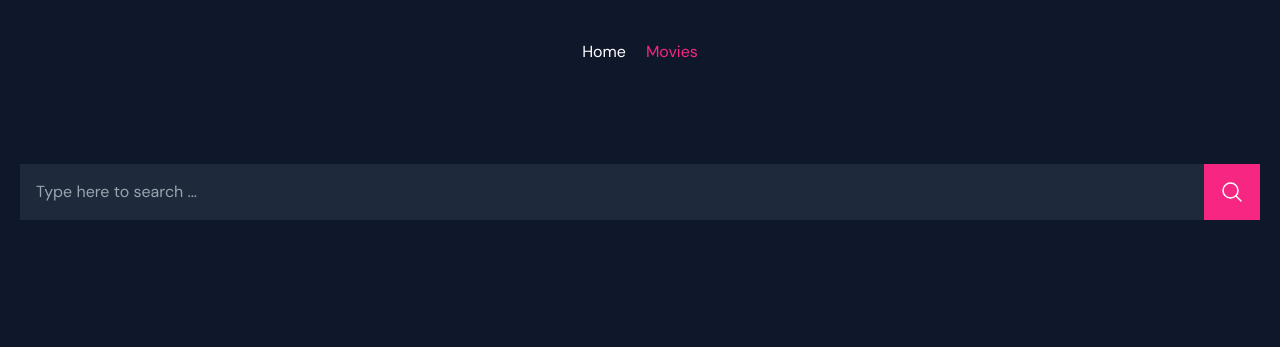
Repository: thanhdinh01/simple-movie
Page: /movies
An editor plug-in stored every save of this project. The page is shown before and after the next save, followed by the edit.
The browser window is 1280 px wide. The pictures show the whole page.
The page's requests for data from a server got no answer. The project was rebuilt for these pictures with package versions that can differ from the ones it lists, and the page was loaded fresh each time. No one was signed in, and anything a server would have sent is missing. Also part of the build but not shown: src/components/banner/Banner.js.

Above is the page before, as saved 2023-03-09 11:33:47.

### public/index.html
<!DOCTYPE html>
<html lang="en">
  <head>
    <meta charset="utf-8" />
    <link rel="icon" href="%PUBLIC_URL%/favicon.ico" />
    <meta name="viewport" content="width=device-width, initial-scale=1" />
    <meta name="theme-color" content="#000000" />
    <meta
      name="description"
      content="Web site created using create-react-app"
    />
    <link rel="apple-touch-icon" href="%PUBLIC_URL%/logo192.png" />
    <!--
      manifest.json provides metadata used when your web app is installed on a
      user's mobile device or desktop. See https://developers.google.com/web/fundamentals/web-app-manifest/
    -->
    <link rel="manifest" href="%PUBLIC_URL%/manifest.json" />
    <link rel="preconnect" href="https://fonts.googleapis.com" />
    <link rel="preconnect" href="https://fonts.gstatic.com" crossorigin />
    <link
      href="https://fonts.googleapis.com/css2?family=DM+Sans:wght@400;500;700&display=swap"
      rel="stylesheet"
    />
    <!--
      Notice the use of %PUBLIC_URL% in the tags above.
      It will be replaced with the URL of the `public` folder during the build.
      Only files inside the `public` folder can be referenced from the HTML.

      Unlike "/favicon.ico" or "favicon.ico", "%PUBLIC_URL%/favicon.ico" will
      work correctly both with client-side routing and a non-root public URL.
      Learn how to configure a non-root public URL by running `npm run build`.
    -->
    <title>React App</title>
  </head>
  <body>
    <noscript>You need to enable JavaScript to run this app.</noscript>
    <div id="root"></div>
    <!--
      This HTML file is a template.
      If you open it directly in the browser, you will see an empty page.

      You can add webfonts, meta tags, or analytics to this file.
      The build step will place the bundled scripts into the <body> tag.

      To begin the development, run `npm start` or `yarn start`.
      To create a production bundle, use `npm run build` or `yarn build`.
    -->
  </body>
</html>

### src/index.scss
@tailwind base;
@tailwind components;
@tailwind utilities;

@layer base {
  body {
    @apply bg-slate-900 font-thanh px-5 text-white;
  }
}

@layer components {
  .page-container {
    max-width: 1280px;
    @apply mx-auto;
  }

  .movie-list .swiper-slide {
    width: 300px;
    height: auto;
  }

  .banner .swiper {
    height: 100%;
  }

  .pagination {
    display: flex;
    justify-content: center;
    align-items: center;
    gap: 20px;
    .selected {
      @apply text-primary;
    }
  }

  .skeleton {
    cursor: progress;
    background: linear-gradient(0.25turn, transparent, #fff, transparent),
      linear-gradient(#eee, #eee),
      radial-gradient(38px circle at 19px 19px, #eee 50%, transparent 51%),
      linear-gradient(#eee, #eee);
    background-repeat: no-repeat;
    background-position: -315px 0, 0 0, 0px 190px, 50px 195px;
    animation: loading 1.5s infinite;
  }
  @keyframes loading {
    to {
      background-position: 315px 0, 0 0, 0 190px, 50px 195px;
    }
  }
}

### src/App.js
import { Fragment, React, lazy, Suspense } from "react";
import "swiper/scss";
import Banner from "./components/banner/Banner";
import { Route, Routes } from "react-router-dom";
import Main from "./components/layout/Main";
// import HomePage from "./pages/HomePage";
// import MoviePage from "./pages/MoviePage";
// import MovieDetailPage from "./pages/MovieDetailPage";
const HomePage = lazy(() => import("./pages/HomePage"));
const MoviePage = lazy(() => import("./pages/MoviePage"));
const MovieDetailPage = lazy(() => import("./pages/MovieDetailPage"));

function App() {
  return (
    <Fragment>
      <Suspense fallback={<div>Loading...</div>}>
        <Routes>
          <Route element={<Main></Main>}>
            <Route
              path="/"
              element={
                <>
                  <Banner></Banner>
                  <HomePage></HomePage>
                </>
              }
            ></Route>
            <Route path="/movies" element={<MoviePage></MoviePage>}></Route>
            <Route
              path="/movie/:movieId"
              element={<MovieDetailPage></MovieDetailPage>}
            ></Route>
          </Route>
        </Routes>
      </Suspense>
    </Fragment>
  );
}

export default App;

### src/components/layout/Main.js
import React, { Fragment } from "react";
import { Outlet } from "react-router";
import Header from "./Header";

const Main = () => {
  return (
    <Fragment>
      <Header></Header>
      <Outlet></Outlet>
    </Fragment>
  );
};

export default Main;

### src/pages/MoviePage.js
import React, { useEffect, useState } from "react";
import { fetcher, tmdbBase } from "../config";
import useSWR from "swr";
import MovieCard, { SkeletonLoading } from "../components/movie/MovieCard";
import useDebounce from "../hooks/useDebounce";
import ReactPaginate from "react-paginate";
import { v4 as uuidV4 } from "uuid";

const itemsPerPage = 20;

const MoviePage = () => {
  const [filter, setFilter] = useState("");
  const [nextPage, setNextPage] = useState(1);
  const [url, setUrl] = useState(tmdbBase.apiMovieList("popular"));
  let debounceValue = useDebounce(filter, 500);

  const { data, error } = useSWR(url, fetcher);

  useEffect(() => {
    if (debounceValue) {
      setUrl(
        `https://api.themoviedb.org/3/search/movie?api_key=3ebac7519711ebbec5fcfb8abd2d5d99&query=${debounceValue}&page=${nextPage}`
      );
    } else {
      setUrl(tmdbBase.apiMovieList("popular", nextPage));
    }
  }, [debounceValue, nextPage]);

  const [valueInput, setValueInput] = useState("");
  const handleChangeSearch = (e) => {
    console.log("value:", e.target.value);
    // setFilter(e.target.value);
    setValueInput(e.target.value);
  };

  const handleClickSearch = (e) => {
    e.preventDefault();
    console.log("click:", valueInput);
    setFilter(valueInput);
  };

  const loading = !data && !error;

  const movies = data?.results || [];
  // if (!data) return null;

  // Paginate: thành phần chính: pageCount(tổng số pages), handlePageClick để chuyển tương tác nextPage.
  const [itemOffset, setItemOffset] = useState(0); // itemOffset chưa thấy tác dụng nhiều lắm
  const [pageCount, setPageCount] = useState(0);
  useEffect(() => {
    if (!data || !data.total_pages) return;
    // const endOffset = itemOffset + itemsPerPage;
    // console.log(`Loading items from ${itemOffset} to ${endOffset}`);
    // const currentItems = total_pages.slice(itemOffset, endOffset);
    setPageCount(Math.ceil(data.total_results / itemsPerPage));
  }, [itemOffset, data]);

  // Invoke when user click to request another page.
  const handlePageClick = (event) => {
    const newOffset = (event.selected * itemsPerPage) % data.total_results;
    setNextPage(event.selected + 1);
    console.log("newOffset", newOffset);
    setItemOffset(newOffset);
  };

  return (
    <div className="page-container py-10">
      <form className="flex mb-10">
        <div className="flex-1">
          <input
            type="text"
            placeholder="Type here to search ..."
            className="w-full outline-none bg-slate-800 p-4 text-white"
            onChange={handleChangeSearch}
          />
        </div>
        <button
          type="submit"
          className="p-4 bg-primary text-white"
          onClick={handleClickSearch}
        >
          <svg
            xmlns="http://www.w3.org/2000/svg"
            fill="none"
            viewBox="0 0 24 24"
            strokeWidth="1.5"
            stroke="currentColor"
            className="w-6 h-6"
          >
            <path
              strokeLinecap="round"
              strokeLinejoin="round"
              d="M21 21l-5.197-5.197m0 0A7.5 7.5 0 105.196 5.196a7.5 7.5 0 0010.607 10.607z"
            />
          </svg>
        </button>
      </form>
      {loading && (
        <>
          <div className="flex justify-center items-center mx-auto h-10 w-10 rounded-full border-8 border-primary border-t-transparent animate-spin"></div>
          <div className="grid grid-cols-4 gap-10 text-white mt-10">
            {new Array(itemsPerPage).fill(0).map((item) => (
              <SkeletonLoading key={uuidV4()}></SkeletonLoading>
            ))}
          </div>
        </>
      )}
      {!loading && (
        <div className="grid grid-cols-4 gap-10 text-white mt-10">
          {movies?.length > 0 &&
            movies.map((item) => (
              <MovieCard key={item.id} item={item}></MovieCard>
            ))}
        </div>
      )}
      <div className="py-10">
        <ReactPaginate
          breakLabel="..."
          nextLabel="next >"
          onPageChange={handlePageClick}
          pageRangeDisplayed={5}
          pageCount={pageCount}
          previousLabel="< previous"
          renderOnZeroPageCount={null}
          className="pagination"
        />
      </div>
    </div>
  );
};

export default MoviePage;

### src/config.js
export const fetcher = (...args) => fetch(...args).then((res) => res.json());
export const apiKey = "3ebac7519711ebbec5fcfb8abd2d5d99";

export const tmdbBase = {
  apiMovieList: (type, page = 1) =>
    `https://api.themoviedb.org/3/movie/${type}?api_key=${apiKey}&page=${page}`,

  apiMovieId: (movieId) =>
    `https://api.themoviedb.org/3/movie/${movieId}?api_key=${apiKey}`,

  apiMovieMeta: (movieId, type) =>
    `https://api.themoviedb.org/3/movie/${movieId}/${type}?api_key=${apiKey}`,

  apiImage: (sizeImage, pathImage) =>
    `https://image.tmdb.org/t/p/${sizeImage}/${pathImage}`,
};
//https://api.themoviedb.org/3/movie/${movieId}?api_key=${apiKey}

### src/components/layout/Header.js
import React from "react";
import { NavLink } from "react-router-dom";

const Header = () => {
  return (
    <header className="header flex items-center justify-center gap-x-5 py-10 mb-5 text-white">
      <NavLink
        to="/"
        className={({ isActive }) => (isActive ? "text-primary" : "text-white")}
      >
        Home
      </NavLink>
      <NavLink
        to="/movies"
        className={({ isActive }) => (isActive ? "text-primary" : "text-white")}
      >
        Movies
      </NavLink>
    </header>
  );
};

export default Header;

### src/components/movie/MovieCard.js
import React from "react";
import { useNavigate } from "react-router-dom";
import Button from "../button/Button";
import PropTypes from "prop-types";
import Skeleton from "../loading/Skeleton";

const MovieCard = ({ item }) => {
  const navigate = useNavigate();
  const { title, vote_average, release_date, poster_path, id } = item;
  return (
    <div className="movie-card p-3 flex flex-col rounded-lg bg-slate-800 select-none h-full">
      <img
        src={`https://image.tmdb.org/t/p/w500/${poster_path}`}
        alt=""
        className="w-full h-[250px] object-cover rounded-lg mb-5"
      />
      <div className="flex flex-col flex-1">
        <h3 className="text-xl font-bold mb-5">{title}</h3>
        <div className="flex items-center justify-between opacity-50 mb-5">
          <span className="">{new Date(release_date).getFullYear()}</span>
          <span className="">{vote_average}</span>
        </div>
        <Button onClick={() => navigate(`/movie/${id}`)} bgColor="secondary">
          Watch now
        </Button>
      </div>
    </div>
  );
};

export const SkeletonLoading = () => {
  return (
    <div className="movie-card p-3 flex flex-col rounded-lg bg-slate-800 select-none h-full">
      <Skeleton height="250px" radius="8px"></Skeleton>
      <div className="flex flex-col flex-1 mt-5">
        <h3>
          <Skeleton height="20px" radius="8px"></Skeleton>
        </h3>
        <div className="flex items-center justify-between opacity-50 my-2">
          <span>
            <Skeleton height="20px" width="30px" radius="2px"></Skeleton>
          </span>
          <span>
            <Skeleton height="20px" width="30px" radius="2px"></Skeleton>
          </span>
        </div>
        <Skeleton height="40px" radius="8px"></Skeleton>
      </div>
    </div>
  );
};

MovieCard.propTypes = {
  item: PropTypes.shape({
    title: PropTypes.string,
    vote_average: PropTypes.number,
    release_date: PropTypes.string,
    poster_path: PropTypes.string,
    id: PropTypes.number,
  }),
};

export default MovieCard;

### src/hooks/useDebounce.js
import { useEffect, useState } from "react";

export default function useDebounce(value = "", delay = 1000) {
  const [debouncedValue, setDebouncedValue] = useState(value);

  useEffect(() => {
    const timer = setTimeout(() => setDebouncedValue(value), delay || 500);

    return () => {
      clearTimeout(timer);
    };
  }, [value, delay]);

  return debouncedValue;
}

### src/components/loading/Skeleton.js
import React from "react";

const Skeleton = (props) => {
  return (
    <div
      style={{
        width: props.width || "100%",
        height: props.height,
        borderRadius: props.radius,
      }}
      className="skeleton"
    ></div>
  );
};

export default Skeleton;

### tailwind.config.js
/** @type {import('tailwindcss').Config} */
module.exports = {
  content: ["./src/**/*.{js,jsx,ts,tsx}"],
  theme: {
    extend: {
      fontFamily: {
        thanh: ["DM sans", "sans-serif"],
      },
      colors: {
        primary: "#F62682",
        second: "#5f27cd",
      },
    },
  },
  plugins: [],
};

### src/pages/MoviePageLoadmore.js
import React, { useEffect, useState } from "react";
import { fetcher, tmdbBase } from "../config";
import useSWR from "swr";
import MovieCard, { SkeletonLoading } from "../components/movie/MovieCard";
import useDebounce from "../hooks/useDebounce";
import ReactPaginate from "react-paginate";
import { v4 as uuidV4 } from "uuid";
import useSWRInfinite from "swr/infinite";
import Button from "../components/button/Button";

const itemsPerPage = 20;

const MoviePageLoadmore = () => {
  const [filter, setFilter] = useState("");
  const [nextPage, setNextPage] = useState(1);
  const [url, setUrl] = useState(tmdbBase.apiMovieList("popular"));
  let debounceValue = useDebounce(filter, 500);

  // const { data, error } = useSWR(url, fetcher);
  const { data, error, size, setSize } = useSWRInfinite(
    (index) => url.replace("page=1", `page=${index + 1}`),
    fetcher
  );
  useEffect(() => {
    if (debounceValue) {
      setUrl(
        `https://api.themoviedb.org/3/search/movie?api_key=3ebac7519711ebbec5fcfb8abd2d5d99&query=${debounceValue}&page=${nextPage}`
      );
    } else {
      setUrl(tmdbBase.apiMovieList("popular", nextPage));
    }
  }, [debounceValue, nextPage]);

  const [valueInput, setValueInput] = useState("");
  const handleChangeSearch = (e) => {
    console.log("value:", e.target.value);
    // setFilter(e.target.value);
    setValueInput(e.target.value);
  };

  const handleClickSearch = (e) => {
    e.preventDefault();
    console.log("click:", valueInput);
    setFilter(valueInput);
  };

  const loading = !data && !error;

  const movies = data?.results || [];
  // if (!data) return null;

  return (
    <div className="page-container py-10">
      <form className="flex mb-10">
        <div className="flex-1">
          <input
            type="text"
            placeholder="Type here to search ..."
            className="w-full outline-none bg-slate-800 p-4 text-white"
            onChange={handleChangeSearch}
          />
        </div>
        <button
          type="submit"
          className="p-4 bg-primary text-white"
          onClick={handleClickSearch}
        >
          <svg
            xmlns="http://www.w3.org/2000/svg"
            fill="none"
            viewBox="0 0 24 24"
            strokeWidth="1.5"
            stroke="currentColor"
            className="w-6 h-6"
          >
            <path
              strokeLinecap="round"
              strokeLinejoin="round"
              d="M21 21l-5.197-5.197m0 0A7.5 7.5 0 105.196 5.196a7.5 7.5 0 0010.607 10.607z"
            />
          </svg>
        </button>
      </form>
      {loading && (
        <>
          <div className="flex justify-center items-center mx-auto h-10 w-10 rounded-full border-8 border-primary border-t-transparent animate-spin"></div>
          <div className="grid grid-cols-4 gap-10 text-white mt-10">
            {new Array(itemsPerPage).fill(0).map((item) => (
              <SkeletonLoading key={uuidV4()}></SkeletonLoading>
            ))}
          </div>
        </>
      )}
      {!loading && (
        <div className="grid grid-cols-4 gap-10 text-white mt-10">
          {movies?.length > 0 &&
            movies.map((item) => (
              <MovieCard key={item.id} item={item}></MovieCard>
            ))}
        </div>
      )}

      {/* Load more code below */}
      <Button>Load more</Button>
    </div>
  );
};

export default MoviePageLoadmore;

### src/components/button/Button.js
import React from "react";

const Button = ({
  onClick,
  children,
  className,
  bgColor = "primary",
  full = false,
}) => {
  let bgClassName = "bg-primary";
  switch (bgColor) {
    case "primary":
      bgClassName = "bg-primary";
      break;
    case "secondary":
      bgClassName = "bg-second";
      break;
    default:
      break;
  }
  return (
    <button
      className={`py-3 px-6 ${
        full ? "w-full" : ""
      } ${bgClassName} rounded-lg mt-auto ${className}`}
      onClick={onClick}
    >
      {children}
    </button>
  );
};

export default Button;

Loaded but not shown: src/index.js (common file); src/reportWebVitals.js (common file)

After the next save:
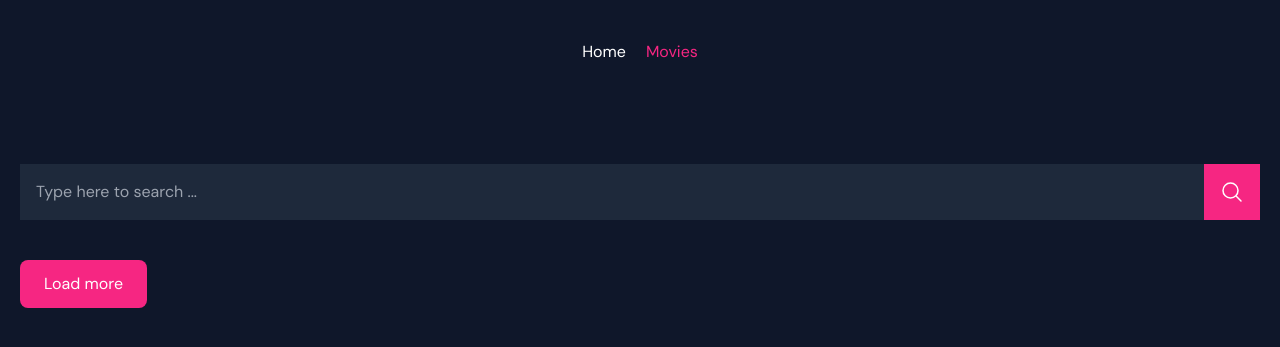
Saved 26 s later.
--- a/src/App.js
+++ b/src/App.js
@@ -7,7 +7,7 @@ import Main from "./components/layout/Main";
 // import MoviePage from "./pages/MoviePage";
 // import MovieDetailPage from "./pages/MovieDetailPage";
 const HomePage = lazy(() => import("./pages/HomePage"));
-const MoviePage = lazy(() => import("./pages/MoviePage"));
+const MoviePageLoadmore = lazy(() => import("./pages/MoviePageLoadmore"));
 const MovieDetailPage = lazy(() => import("./pages/MovieDetailPage"));
 
 function App() {
@@ -25,7 +25,10 @@ function App() {
                 </>
               }
             ></Route>
-            <Route path="/movies" element={<MoviePage></MoviePage>}></Route>
+            <Route
+              path="/movies"
+              element={<MoviePageLoadmore></MoviePageLoadmore>}
+            ></Route>
             <Route
               path="/movie/:movieId"
               element={<MovieDetailPage></MovieDetailPage>}
